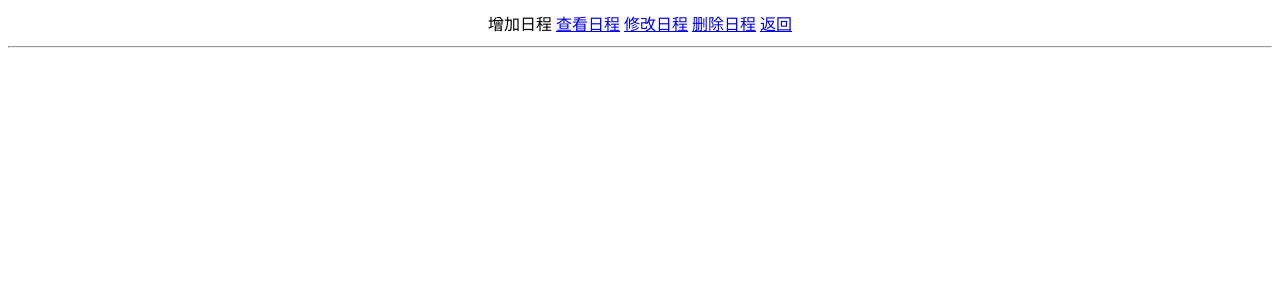
Repository: zy840055899/old-workspace
Page: http://localhost/PIMS/dateManager/addDate.jsp
These files come from the project's save history. The page is drawn as it stood at one moment and after the next save; the edit follows.
The browser window is 1280 px wide. The pictures show the whole page.
The page is served by Tomcat 9. Other server files are loaded and not shown.

Above is the page before, as saved 2014-03-17 03:59:49.

### PIMS/WebContent/dateManager/addDate.jsp
<%@ page language="java" contentType="text/html; charset=UTF-8"
    pageEncoding="UTF-8"%>
<!DOCTYPE html PUBLIC "-//W3C//DTD HTML 4.01 Transitional//EN" "http://www.w3.org/TR/html4/loose.dtd">
<html>
<head>
<meta http-equiv="Content-Type" content="text/html; charset=UTF-8">
<title>Insert title here</title>
</head>
<body>

<center>

<table>

<tr>
<td>增加日程</td>
<td><a href="http://localhost:8080/PIMS/dateManager/lookDate.jsp">查看日程</a></td>
<td><a href="http://localhost:8080/PIMS/dateManager/updateDate.jsp">修改日程</a></td>
<td><a href="http://localhost:8080/PIMS/dateManager/deleteDate.jsp">删除日程</a></td>
<td><a href="http://localhost:8080/PIMS/main/main.jsp">返回</a></td>
</tr>

</table><hr>

<form action="http://localhost:8080/PIMS/AddDateServlet" method="post">






















</form>













</center>

</body>
</html>

After the next save:
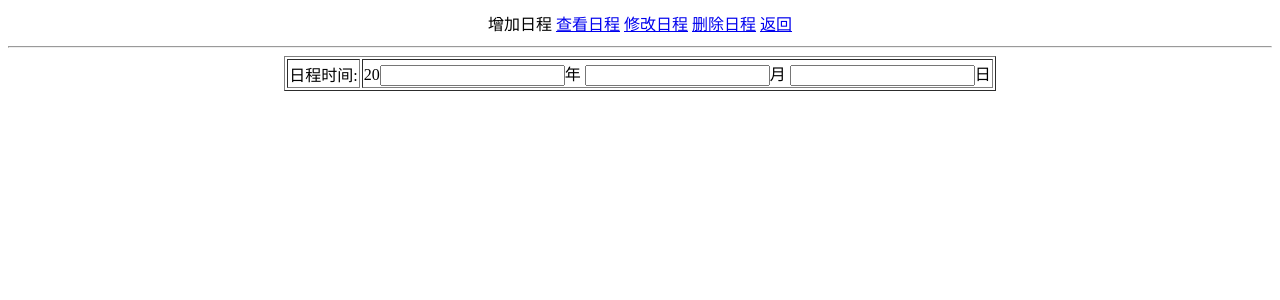
Saved 5 min 10 s later.
--- a/PIMS/WebContent/dateManager/addDate.jsp
+++ b/PIMS/WebContent/dateManager/addDate.jsp
@@ -24,7 +24,34 @@
 
 <form action="http://localhost:8080/PIMS/AddDateServlet" method="post">
 
+<table border="1">
 
+<tr>
+<td>日程时间:</td>
+<td>
+20<input type="text" name="year" value="">年
+<input type="text" name="month" value="">月
+<input type="text" name="day" value="">日
+</td>
+</tr>
+
+
+
+
+
+
+
+
+
+
+
+
+
+
+
+
+
+</table>
 
 
 
